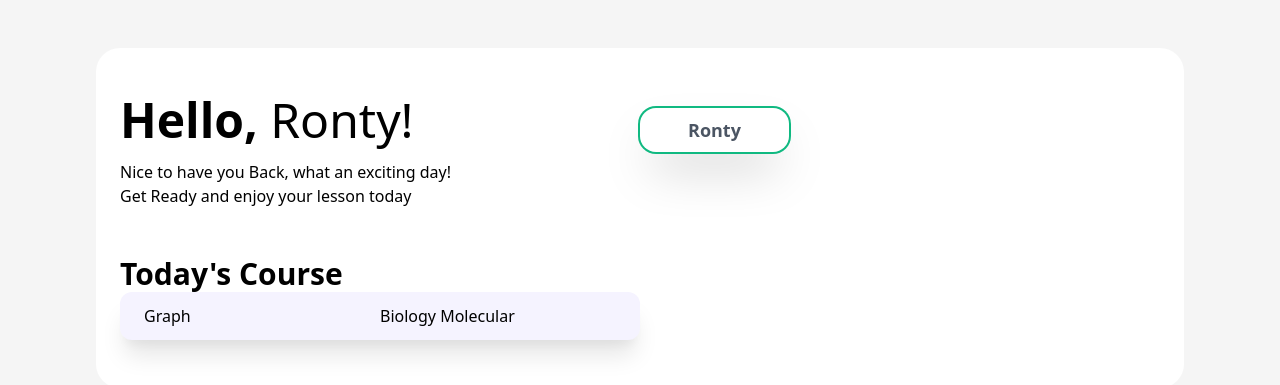
Repository: coolronts/Vite-Tailwind
Page: /
An editor plug-in stored every save of this project. The page is shown before and after the next save, followed by the edit.
The browser window is 1280 px wide. The pictures show the whole page.
The project was rebuilt for these pictures with package versions that can differ from the ones it lists, and the page was loaded fresh each time. Also part of the build but not shown: vite.config.js.

Above is the page before, as saved 2021-11-26 07:28:11.

After the next save:
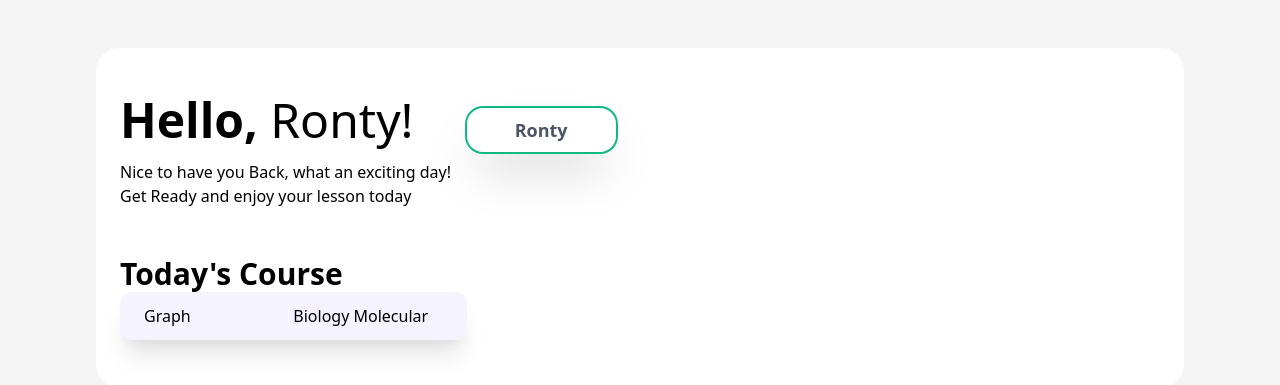
Saved 54 s later.
--- a/src/App.jsx
+++ b/src/App.jsx
@@ -11,7 +11,7 @@ function App() {
 
   return (
     <div className="App bg-white my-12 mx-24 rounded-3xl px-6 py-12">
-      <SplitScreen>
+      <SplitScreen leftWeight = 'w-1/3'>
         <div id="left">
           <Intro/>
           <div id="course">
